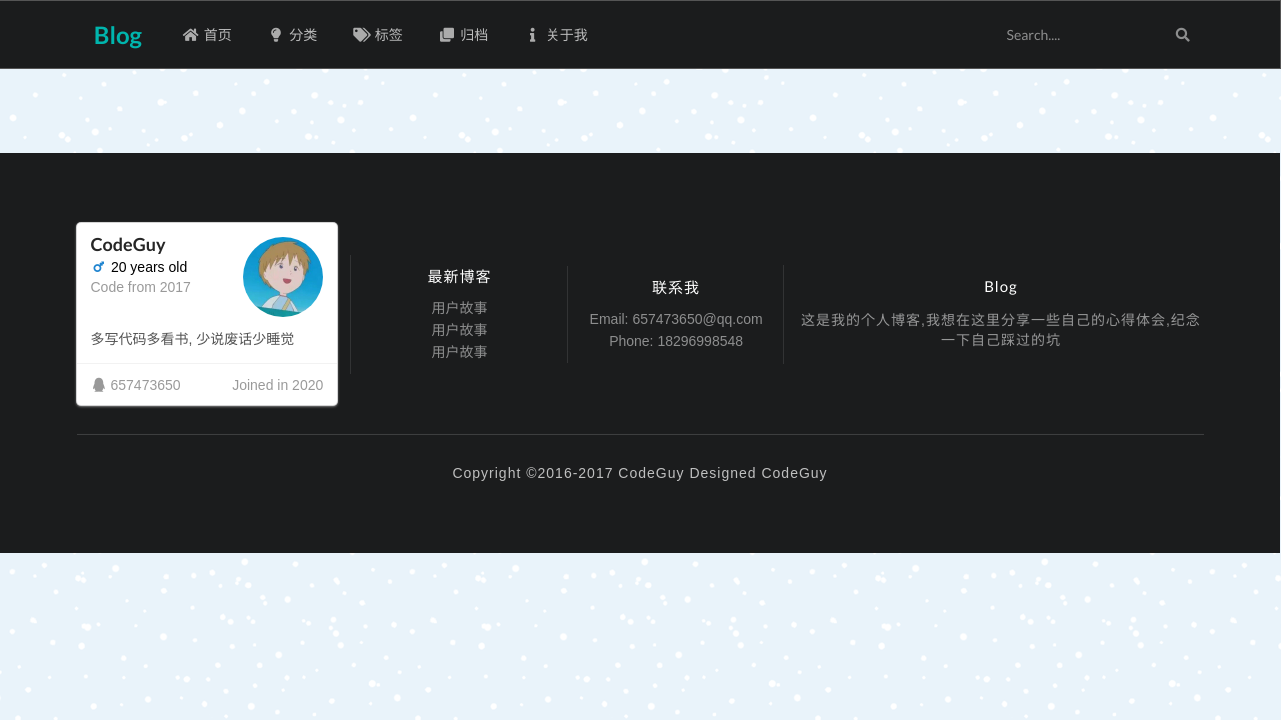
Repository: GOGOHQ/myblog
Page: types.html
These files come from the project's save history. The page is drawn as it stood at one moment and after the next save; the edit follows.
The browser window is 1280 px wide. The page is 1281 px wide, so the pictures cover 1281 px, including what lies to the right of the window. The pictures show the whole page.
Some web libraries are served in a nearby version.

Above is the page before, as saved 2020-01-17 18:45:20.

After the next save:
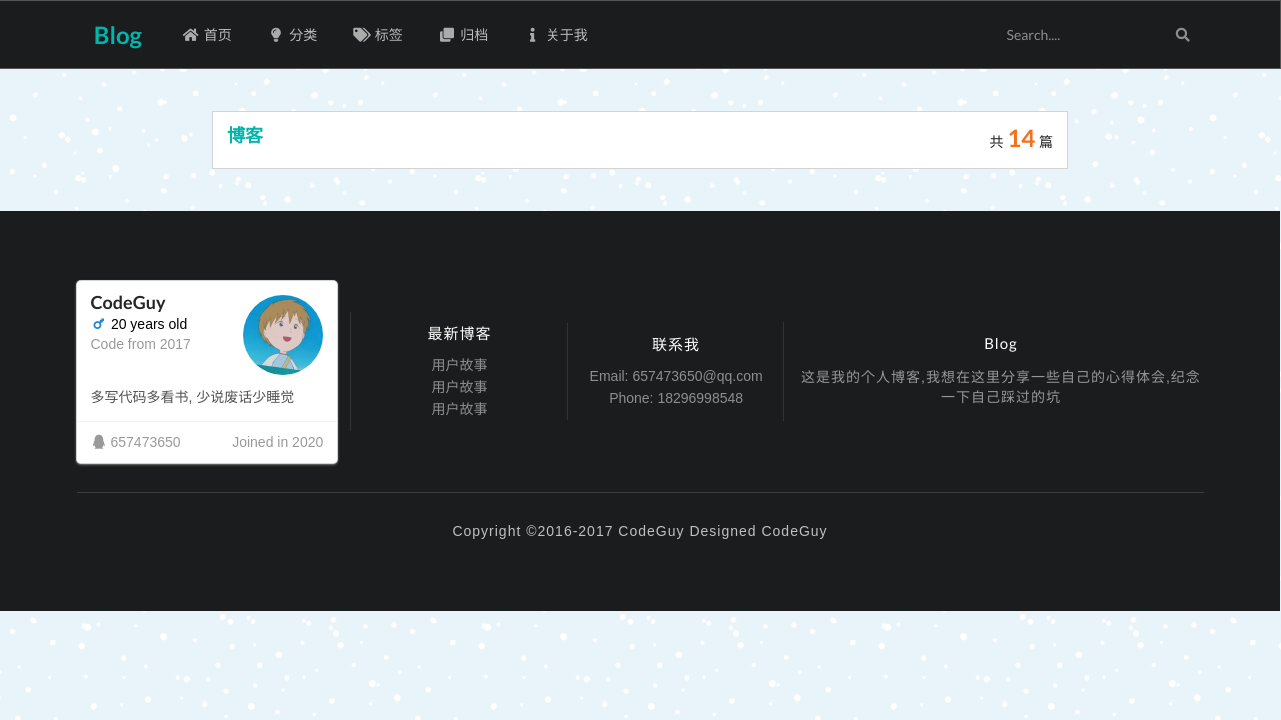
Saved 78 s later.
--- a/types.html
+++ b/types.html
@@ -36,7 +36,19 @@
 </nav>
 <!-- 内容 -->
 <div class="m-padded-tb-big m-small-container">
-
+    <div class="ui container">
+        <div class="ui segment attached">
+            <div class="ui middle  aligned two column grid">
+                <div class="column">
+                    <h3 class="ui teal header">博客</h3>
+                </div>
+                <div class="right aligned column">
+                    共
+                    <h2 class="ui orange header m-inline-block">14</h2>&nbsp;篇
+                </div>
+            </div>
+        </div>
+    </div>
 </div>
 <!-- 底部 -->
 <footer class="ui inverted vertical segment  m-padded-tb-massive ">
